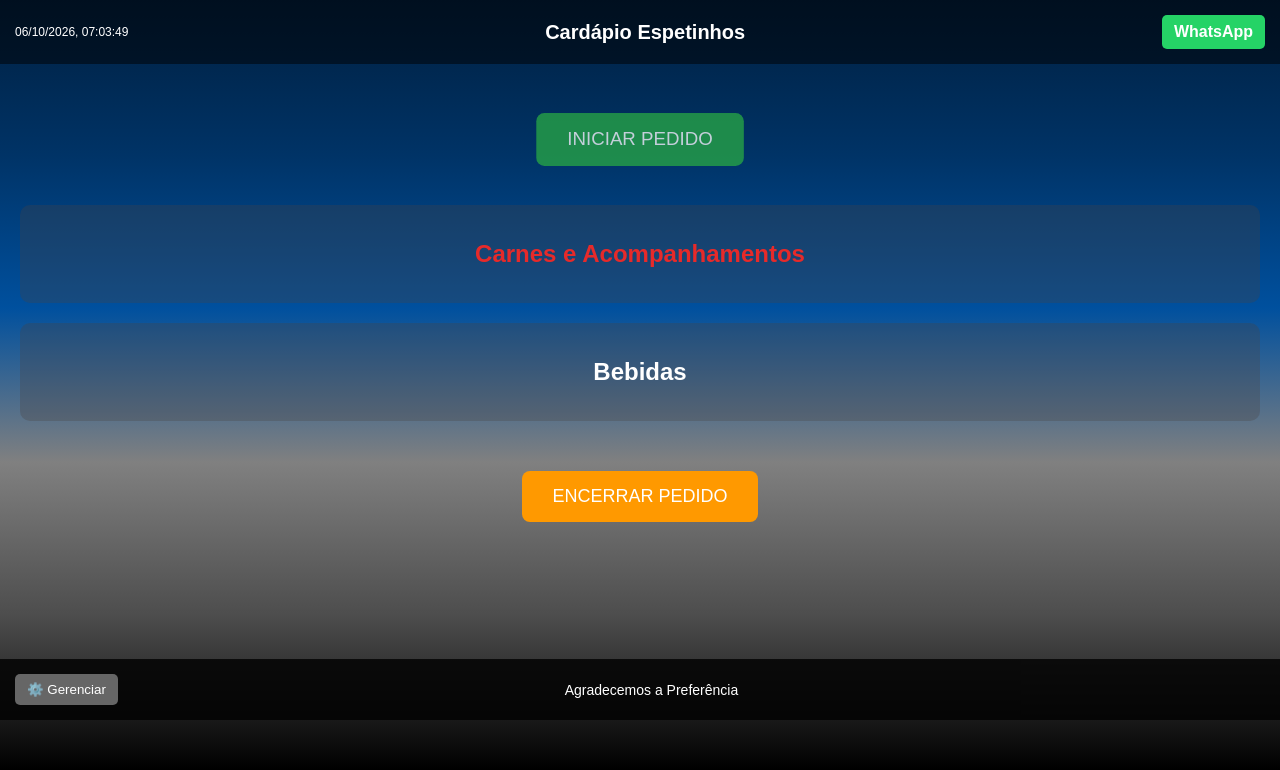
Repository: JeffRodFer/skewersOrder
Page: frontend/index.html
The author's editor kept a copy of each file at every save. The page is drawn from the files as they stood at one save, then again after a run of saves.
The browser window is 1280 px wide. The pictures show the whole page.
The page's requests for data from a server got no answer.

Above is the page before, as saved 2026-10-19 00:18:59.

After the next 2 saves:
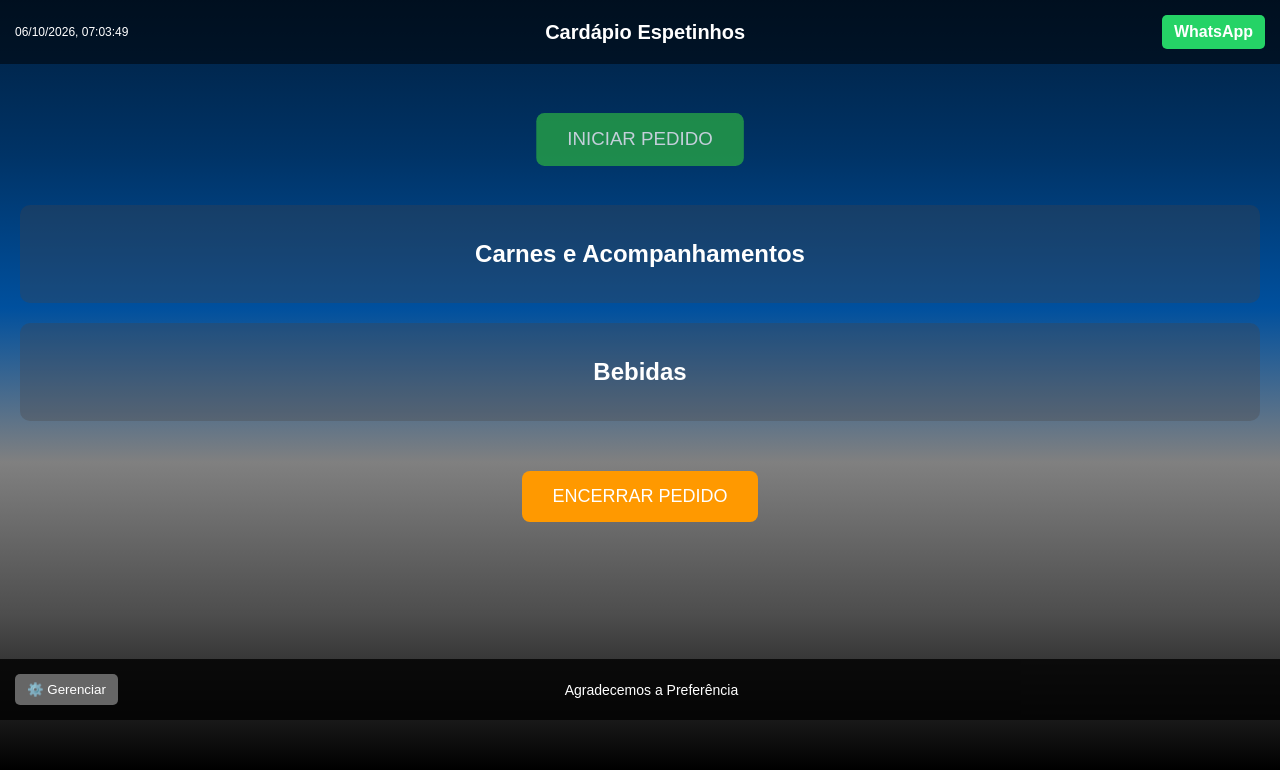
The 2 saves are shown as one change because they came seconds apart.
The last was saved 102 s later.
--- a/frontend/style.css
+++ b/frontend/style.css
@@ -113,7 +113,7 @@ header {
 }
 
 .titulo-carnes {
-    color: #e62a2a;
+    color: #ffffff;
     text-align: center;
 }
 
